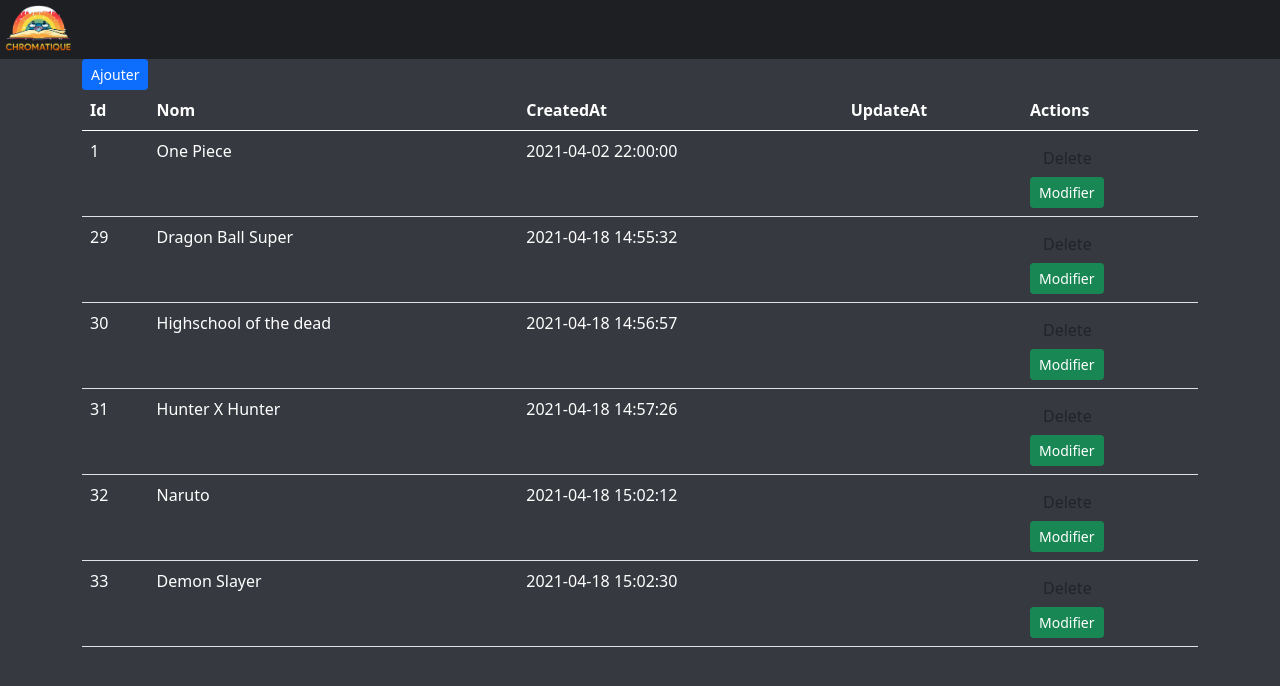
Repository: Codesieg/Chromatique
Page: http://localhost/admin
An editor plug-in stored every save of this project. The page is shown before and after the next save, followed by the edit.
The browser window is 1280 px wide. The pictures show the whole page.
Some icons come from a web library that is not loaded, so they are not drawn. The page is served by the project's Laravel application, run on PHP 8.4 with Laravel 8. The database holds what the project's SQL file puts in it.

Above is the page before, as saved 2021-04-18 08:42:09.

After the next save:
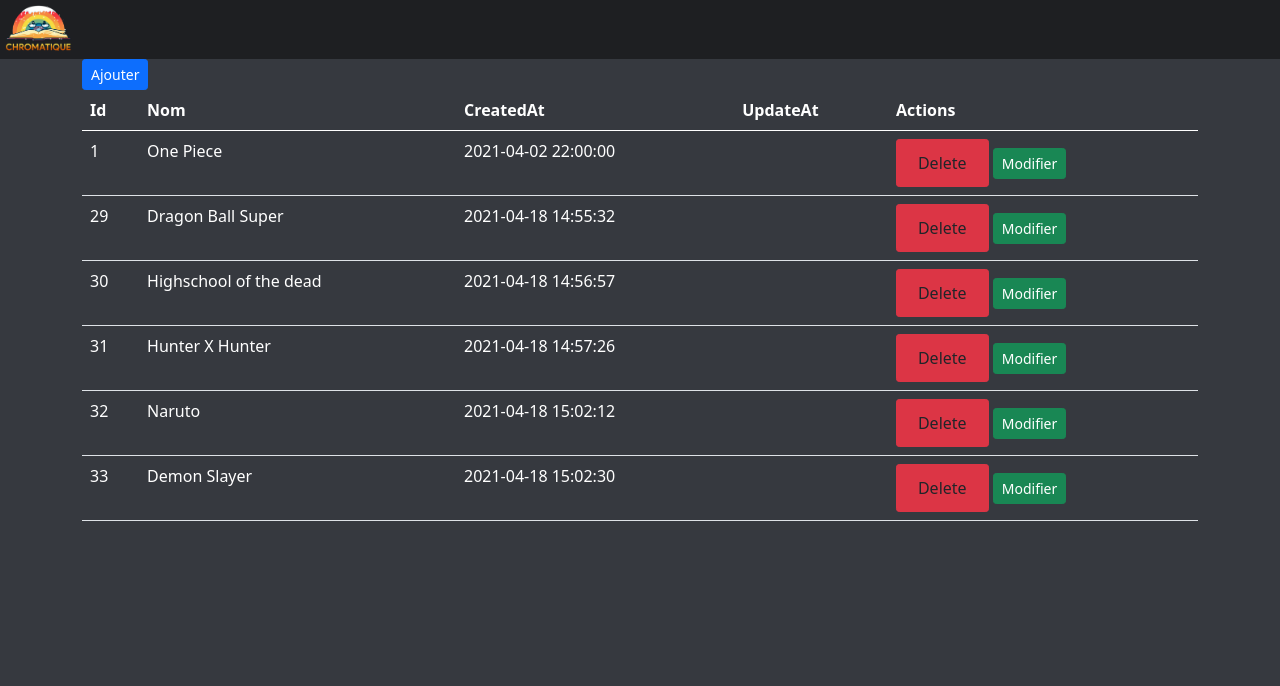
Saved 9 h 57 min later.
--- a/chromatique/resources/views/admin/browse.blade.php
+++ b/chromatique/resources/views/admin/browse.blade.php
@@ -28,12 +28,12 @@
                 <td>
                     {{-- <button type="button" class="btn btn-danger btn-sm text-decoration-none text-white"><a class="text-decoration-none text-white" href="{{route('admin_delete_manga', ['id' => $manga->id])}}">Supprimer</a></button> --}}
 
-                    <form action="{{route('admin_delete_manga', ['id' => $manga->id])}}" method="post">
+                    <button type="button" class="btn btn-danger btn-sm text-decoration-none text-white"><form action="{{route('admin_delete_manga', ['id' => $manga->id])}}" method="post">
                         <input class="btn btn-default" type="submit" value="Delete" />
                         <input type="hidden" name="_method" value="delete" />
                         <input type="hidden" name="_token" value="{{ csrf_token() }}">
                     </form>
-
+                </button>
                     <button type="button" class="btn btn-success btn-sm text-decoration-none text-white"><a class="text-decoration-none text-white"  href="">Modifier</a></button>
                 </td>
             </tr>
